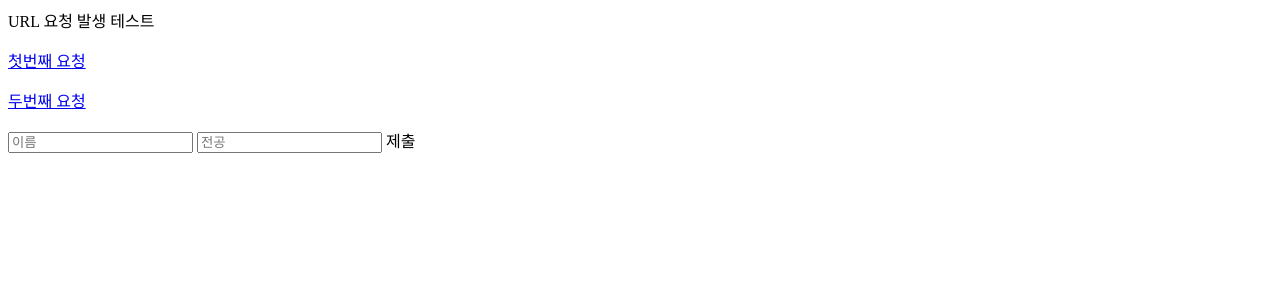
Repository: man332414/myJspStudy
Page: jsp_example/src/main/webapp/index.html
The author's editor kept a copy of each file at every save. The page is drawn from the files as they stood at one save, then again after the next save.
The browser window is 1280 px wide. The pictures show the whole page.

Above is the page before, as saved 2024-10-07 06:21:52.

After the next save:
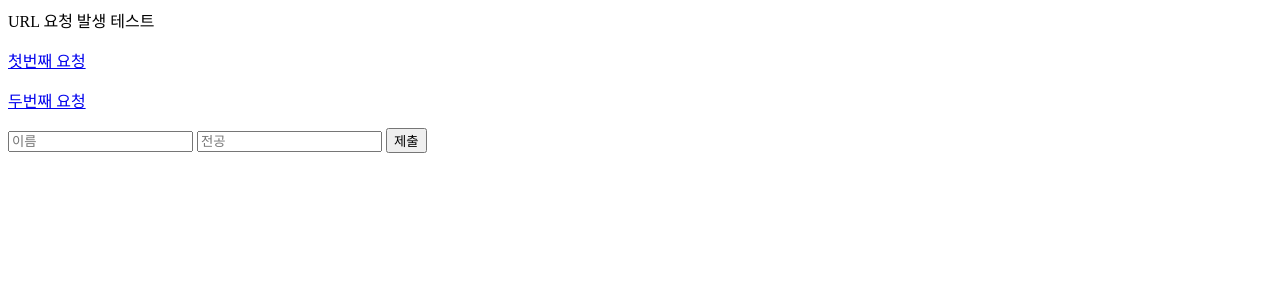
Saved 50 s later.
--- a/jsp_example/src/main/webapp/index.html
+++ b/jsp_example/src/main/webapp/index.html
@@ -20,7 +20,7 @@
 	<form action="#">
 		<input type = "text" name = "name" placeholder = "이름">
 		<input type = "text" name = "major" placeholder = "전공">
-		<summit>제출</summit>
+		<input type = "submit" value = "제출">
 	</form>
 
 </body>
